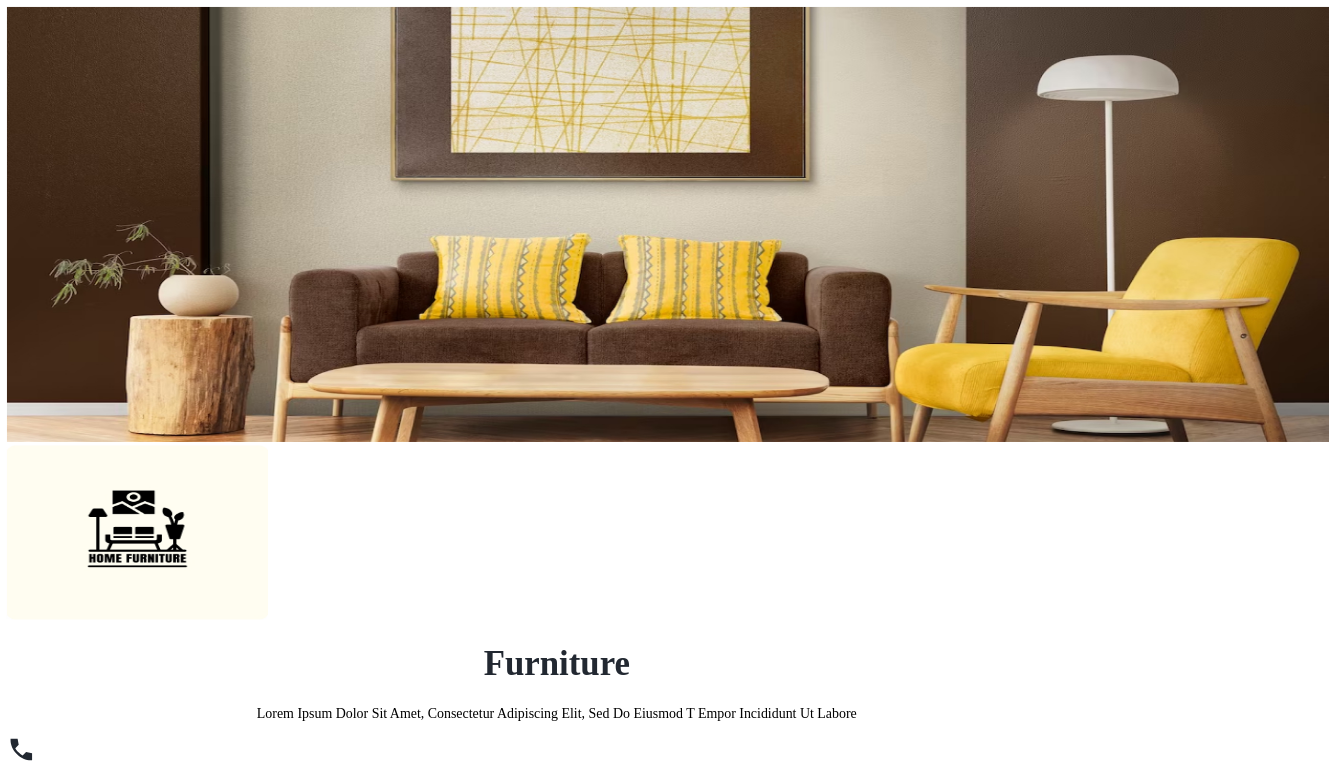
Repository: nikita120402/next13-deploy
Page: /
These files come from the project's save history. The page is drawn as it stood at one moment and after the next save; the edit follows.
The browser window is 1280 px wide. The page is 1528 px wide, so the pictures cover 1528 px, including what lies to the right of the window. The pictures show the whole page, at 87% of full size.
The project was rebuilt for these pictures with package versions that can differ from the ones it lists, and the page was loaded fresh each time. The framework's server and built-in components were replaced by stand-ins that run in the browser. Also part of the build but not shown: next.config.js.

Above is the page before, as saved 2023-08-02 14:03:22.

### src/app/page.tsx
import Image from 'next/image'
import styles from './Design.module.css'
export default function Page() {
  return (
  <div>
        <Image
      src="/../public/image/Rectangle 25.jpg"
      alt="Picture"
      width={1520}
      height={500}
          />
          <Image
          src="/../public/image/final logo.jpg"
          alt="Picture"
          width={300}
          height={200}
          />
          <h1>Furniture</h1>
          <p>Lorem ipsum dolor sit amet, consectetur adipiscing elit, sed do eiusmod t empor incididunt ut labore </p>

          <svg xmlns="http://www.w3.org/2000/svg" width="33" height="33" viewBox="0 0 33 33" fill="none">
  <path d="M27.4313 28.875C24.5667 28.875 21.731 28.2563 18.9241 27.0187C16.1173 25.7812 13.5676 24.0167 11.275 21.725C8.98333 19.4333 7.21875 16.8896 5.98125 14.0938C4.74375 11.2979 4.125 8.45625 4.125 5.56875V4.125H12.2375L13.5094 11.0344L9.59062 14.9875C10.0948 15.8812 10.6562 16.7292 11.275 17.5312C11.8937 18.3333 12.5583 19.0781 13.2687 19.7656C13.9333 20.4302 14.6612 21.0664 15.4522 21.6741C16.2433 22.2819 17.0968 22.8488 18.0125 23.375L22 19.3875L28.875 20.7969V28.875H27.4313Z" fill="#222831"/>
          </svg>
  </div>
  )

}

### src/app/globals.css
Image{
  padding: 5px;
  text-align: center;
}

h1{
      text-align: center;
      color: #222831;
font-family: Playfair Display;
font-size: 40px;
font-style: normal;
font-weight: 600;
line-height: 100%; /* 40px */
  text-transform: capitalize;
}
p{
      color: #000;
text-align: center;
font-family: Poppins;
font-size: 16px;
font-style: normal;
font-weight: 400;
line-height: 120%; /* 24px */
  text-transform: capitalize;
}

image{
    text-align: center;
    border: 10px;
}

Loaded but not shown: src/app/layout.tsx (common file)

After the next save:
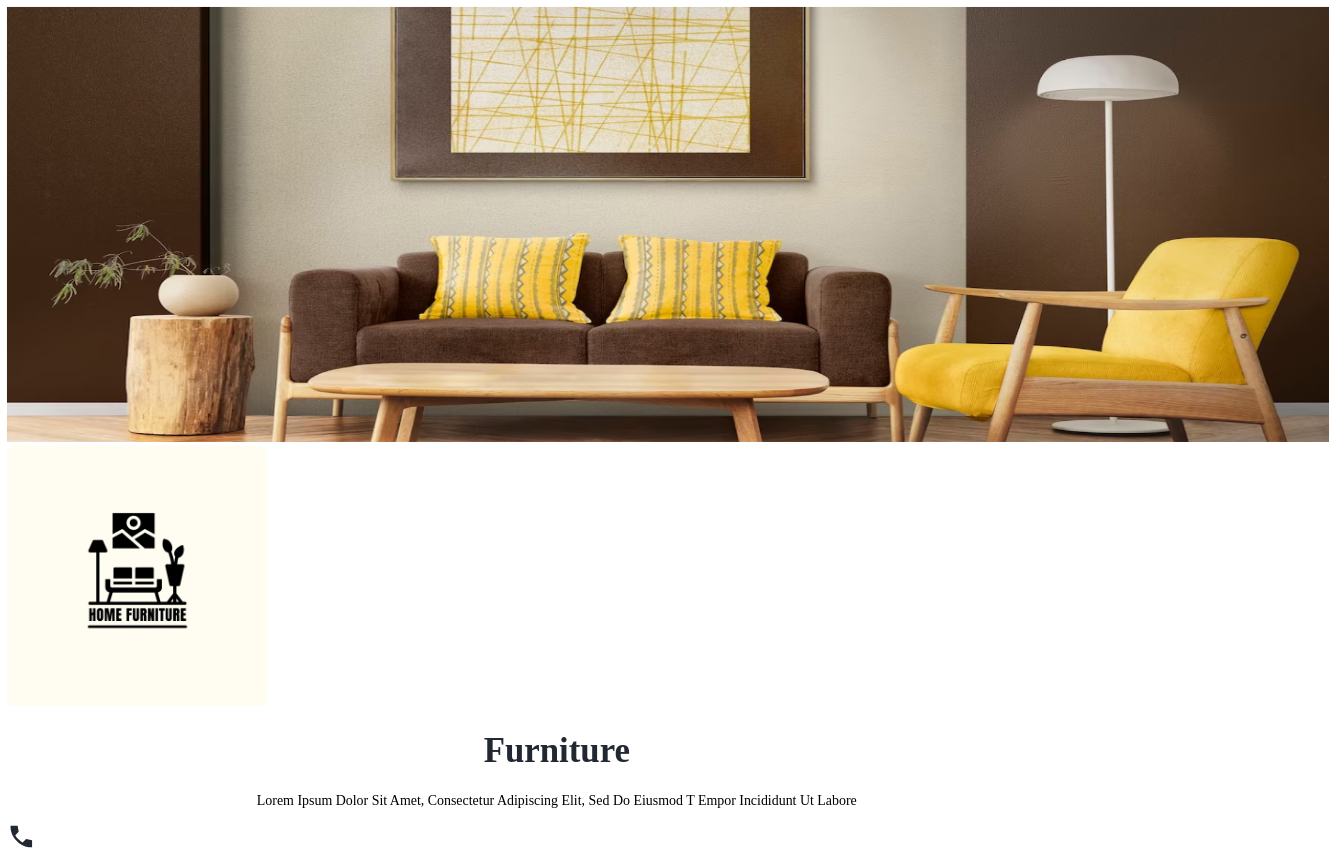
Saved 11 s later.
--- a/src/app/page.tsx
+++ b/src/app/page.tsx
@@ -13,7 +13,7 @@ export default function Page() {
           src="/../public/image/final logo.jpg"
           alt="Picture"
           width={300}
-          height={200}
+          height={300}
           />
           <h1>Furniture</h1>
           <p>Lorem ipsum dolor sit amet, consectetur adipiscing elit, sed do eiusmod t empor incididunt ut labore </p>
